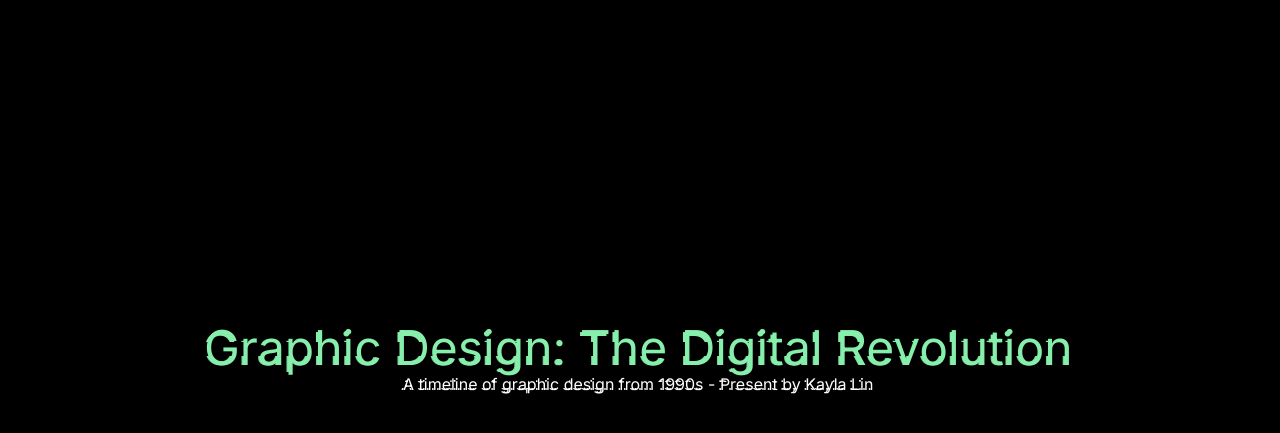
Repository: kayla-lin/graphic-design-timeline
Page: /
An editor plug-in stored every save of this project. The page is shown before and after the next save, followed by the edit.
The browser window is 1280 px wide. The pictures show the whole page.
The project was rebuilt for these pictures with package versions that can differ from the ones it lists, and the page was loaded fresh each time. The framework's server and built-in components were replaced by stand-ins that run in the browser. Also part of the build but not shown: next.config.js.

Above is the page before, as saved 2023-05-01 18:24:28.

### pages/index.tsx
import Image from "next/image";
import { Inter } from "next/font/google";

const inter = Inter({ subsets: ["latin"] });

export default function Home() {
  return (
    <main className={`${inter.className} bg-black`}>
      <div className="h-screen w-screen text-white flex flex-col justify-center items-center">
        <h1
          title="Graphic Design: The Digital Revolution"
          className="glitch text-5xl text-green-300"
        >
          Graphic Design: The Digital Revolution
        </h1>
        <div
          className="glitch"
          title="A timeline of graphic design from 1990s - Present by Kayla Lin"
        >
          A timeline of graphic design from 1990s - Present by Kayla Lin
        </div>
      </div>
    </main>
  );
}

### styles/globals.css
@tailwind base;
@tailwind components;
@tailwind utilities;

@import url("https://fonts.googleapis.com/css?family=Fira+Mono:400");

.glitch {
  animation: glitch 1s linear infinite;
}

@keyframes glitch {
  2%,
  64% {
    transform: translate(2px, 0) skew(0deg);
  }
  4%,
  60% {
    transform: translate(-2px, 0) skew(0deg);
  }
  62% {
    transform: translate(0, 0) skew(5deg);
  }
}

.glitch:before,
.glitch:after {
  content: attr(title);
  position: absolute;
  left: 0;
}

.glitch:before {
  animation: glitchTop 1s linear infinite;
  clip-path: polygon(0 0, 100% 0, 100% 33%, 0 33%);
  -webkit-clip-path: polygon(0 0, 100% 0, 100% 33%, 0 33%);
}

@keyframes glitchTop {
  2%,
  64% {
    transform: translate(2px, -2px);
  }
  4%,
  60% {
    transform: translate(-2px, 2px);
  }
  62% {
    transform: translate(13px, -1px) skew(-13deg);
  }
}

.glitch:after {
  animation: glitchBotom 1.5s linear infinite;
  clip-path: polygon(0 67%, 100% 67%, 100% 100%, 0 100%);
  -webkit-clip-path: polygon(0 67%, 100% 67%, 100% 100%, 0 100%);
}

@keyframes glitchBotom {
  2%,
  64% {
    transform: translate(-2px, 0);
  }
  4%,
  60% {
    transform: translate(-2px, 0);
  }
  62% {
    transform: translate(-22px, 5px) skew(21deg);
  }
}

Loaded but not shown: pages/_app.tsx (common file); pages/_document.tsx (common file); tailwind.config.js (common file)

After the next save:
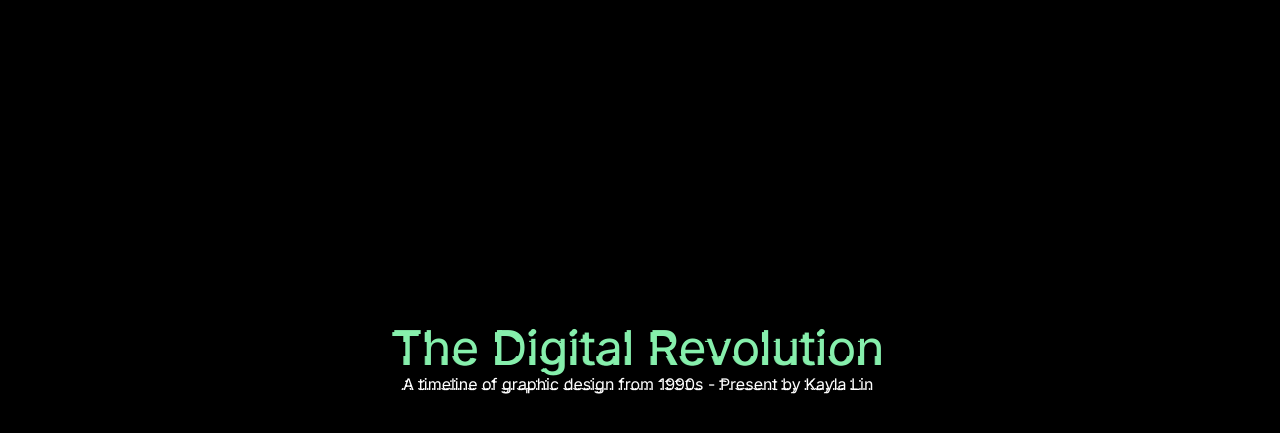
Saved 12 s later.
--- a/pages/index.tsx
+++ b/pages/index.tsx
@@ -8,10 +8,10 @@
     <main className={`${inter.className} bg-black`}>
       <div className="h-screen w-screen text-white flex flex-col justify-center items-center">
         <h1
-          title="Graphic Design: The Digital Revolution"
+          title="The Digital Revolution"
           className="glitch text-5xl text-green-300"
         >
-          Graphic Design: The Digital Revolution
+          The Digital Revolution
         </h1>
         <div
           className="glitch"
